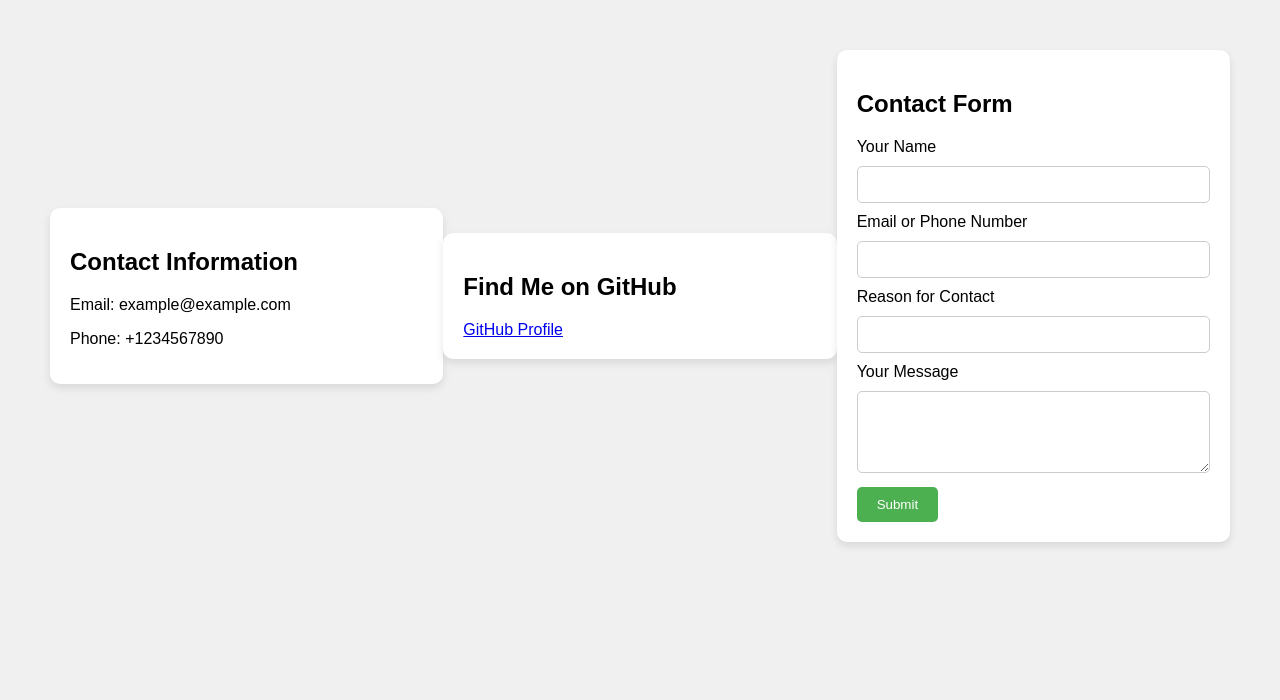
Repository: bliuzley13/Website_Portfolio
Page: Website_Portfolio/contact.html
An editor plug-in stored every save of this project. The page is shown before and after the next save, followed by the edit.
The browser window is 1280 px wide. The pictures show the whole page.

Above is the page before, as saved 2024-02-06 22:41:48.

### Website_Portfolio/contact.html
<!DOCTYPE html>
<html lang="en">
<head>
    <meta charset="UTF-8">
    <meta name="viewport" content="width=device-width, initial-scale=1.0">
    <title>Let's Get in Touch!</title>
    <style>
        body {
            margin: 0;
            padding: 0;
            font-family: Arial, sans-serif;
            overflow: hidden;
            background-color: #f0f0f0; /* Background color */
        }

        .container {
            display: flex;
            justify-content: space-between;
            align-items: center;
            padding: 50px;
        }

        .card {
            background-color: #fff;
            padding: 20px;
            border-radius: 10px;
            box-shadow: 0 4px 8px rgba(0, 0, 0, 0.1);
            width: 45%;
        }

        .form-card {
            background-color: #fff;
            padding: 20px;
            border-radius: 10px;
            box-shadow: 0 4px 8px rgba(0, 0, 0, 0.1);
            width: 45%;
        }

        input[type="text"], input[type="email"], textarea {
            width: 100%;
            padding: 10px;
            margin: 10px 0;
            border: 1px solid #ccc;
            border-radius: 5px;
            box-sizing: border-box;
        }

        input[type="submit"] {
            background-color: #4CAF50;
            color: white;
            padding: 10px 20px;
            border: none;
            border-radius: 5px;
            cursor: pointer;
        }

        input[type="submit"]:hover {
            background-color: #45a049;
        }
    </style>
</head>
<body>

    <div class="container">
        <div class="card">
            <h2>Contact Information</h2>
            <p>Email: example@example.com</p>
            <p>Phone: +1234567890</p>
        </div>

        <div class="card">
            <h2>Find Me on GitHub</h2>
            <a href="https://github.com/yourusername">GitHub Profile</a>
        </div>

        <div class="form-card">
            <h2>Contact Form</h2>
            <form action="https://drive.google.com" method="post">
                <label for="name">Your Name</label>
                <input type="text" id="name" name="name" required>

                <label for="contact">Email or Phone Number</label>
                <input type="text" id="contact" name="contact" required>

                <label for="reason">Reason for Contact</label>
                <input type="text" id="reason" name="reason" required>

                <label for="message">Your Message</label>
                <textarea id="message" name="message" rows="4" required></textarea>

                <input type="submit" value="Submit">
            </form>
        </div>
    </div>

</body>
</html>

After the next save:
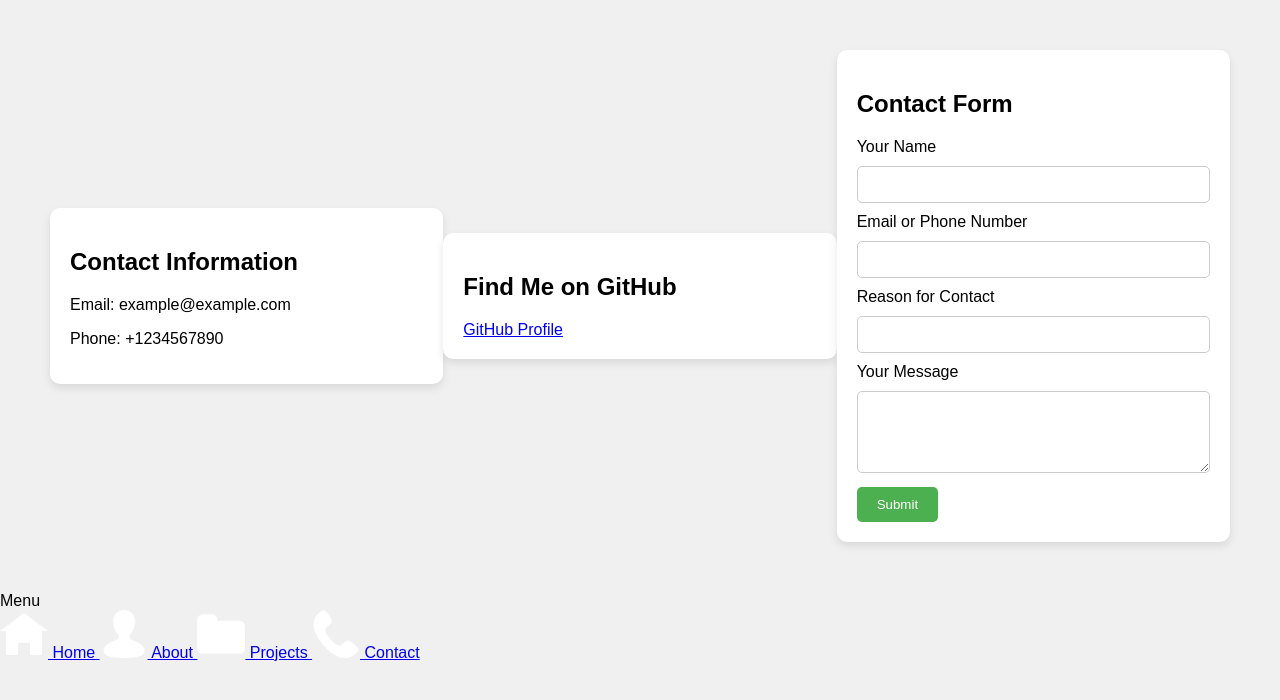
Saved 46 s later.
--- a/Website_Portfolio/contact.html
+++ b/Website_Portfolio/contact.html
@@ -93,5 +93,45 @@
         </div>
     </div>
 
+    <div id="header">
+        <div class="menu-dropdown">
+            <span id="menu-btn" onmouseover="showMenu()">Menu</span>
+            <div class="dropdown-content" id="dropdown-content" onmouseleave="hideMenu()">
+                <a href="#">
+                    <img src="icons/home-7-48.ico" alt="Home Icon">
+                    Home
+                </a>
+                <a href="#">
+                    <img src="icons/contacts-48.ico" alt="About Icon">
+                    About
+                </a>
+                <a href="#">
+                    <img src="icons/folder-7-48.ico" alt="Projects Icon">
+                    Projects
+                </a>
+                <a href="contact.html">
+                    <img src="icons/phone-68-48.ico" alt="Contact Icon">
+                    Contact
+                </a>
+            </div>
+        </div>
+    </div>
+
+    <div id="content">
+        <div id="console"></div>
+        <!-- Add additional content here -->
+    </div>
+
+    <script>
+        function showMenu() {
+            document.getElementById("dropdown-content").style.display = "grid";
+        }
+
+        function hideMenu() {
+            document.getElementById("dropdown-content").style.display = "none";
+        }
+    </script>
+
+
 </body>
 </html>
